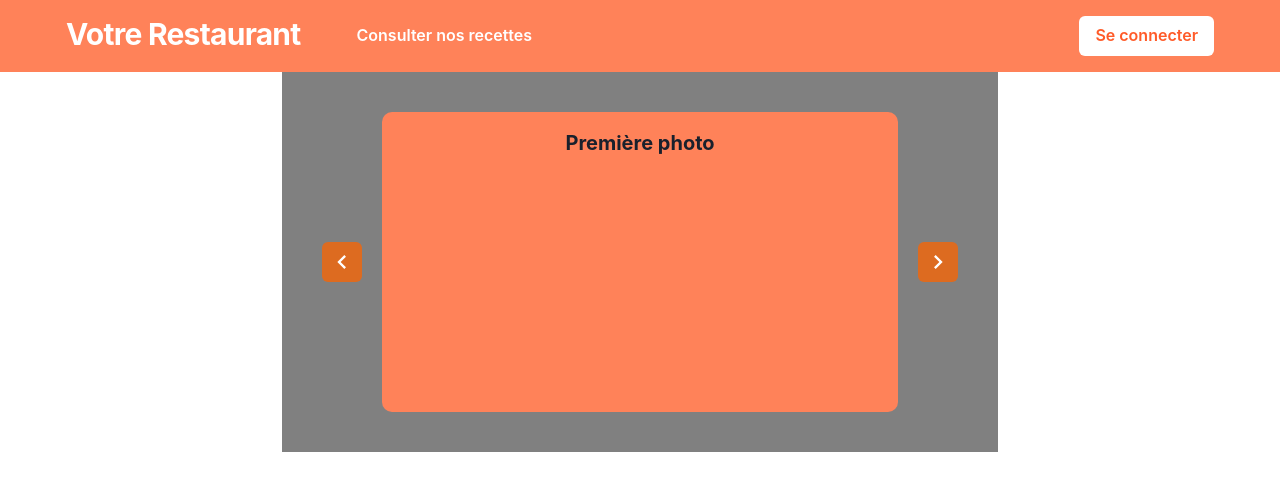
Repository: Ecaron76/tp-restau-next
Page: /
The author's editor kept a copy of each file at every save. The page is drawn from the files as they stood at one save, then again after the next save.
The browser window is 1280 px wide. The pictures show the whole page.
The project was rebuilt for these pictures with package versions that can differ from the ones it lists, and the page was loaded fresh each time. The framework's server and built-in components were replaced by stand-ins that run in the browser. Also part of the build but not shown: next.config.mjs.

Above is the page before, as saved 2024-02-25 19:14:12.

### src/app/layout.tsx
'use client'

import { Inter } from "next/font/google";
import "./globals.css";
import { ChakraProvider, extendTheme  } from '@chakra-ui/react'
import Header from "@/components/Header/Header";
const theme = extendTheme({
  colors: {
    brand: {
      50: '#ffeee6',
      100: '#ffc7b7',
      200: '#ffa788',
      300: '#ff8259',
      400: '#ff5b29',
      500: '#ff3300',
      600: '#cc2900',
      700: '#991f00',
      800: '#661600',
      900: '#330c00',
    },
  },
});



export function Providers({ children }: { children: React.ReactNode }) {
  return <ChakraProvider theme={theme}>{children}</ChakraProvider>
}

export default function RootLayout({
  children,
}: Readonly<{
  children: React.ReactNode;
}>) {
  return (
    <html lang="en">
      <body>
        <Providers>{children}</Providers>
      </body>
    </html>
  );
}

### src/app/page.tsx
"use client"
import Image from "next/image";

import Header from "@/components/Header/Header";
import PageContainer from "@/components/PageContainer/PageContainer";
import SliderResto from "@/components/SliderResto/SliderResto";
import Slider from "react-slick";
import { Box } from "@chakra-ui/react";
const settings = {
  dots: true,
  infinite: true,
  speed: 500,
  slidesToShow: 1,
  slidesToScroll: 1,
};
export default function Home() {
  return (
    <main >
      <Header />
      <PageContainer>
        <SliderResto />
      </PageContainer>
    </main>
  );
}

### src/app/globals.css
:root {
  --max-width: 1100px;
  --border-radius: 12px;
  --font-mono: ui-monospace, Menlo, Monaco, "Cascadia Mono", "Segoe UI Mono",
    "Roboto Mono", "Oxygen Mono", "Ubuntu Monospace", "Source Code Pro",
    "Fira Mono", "Droid Sans Mono", "Courier New", monospace;

  --foreground-rgb: 0, 0, 0;
  --background-start-rgb: 214, 219, 220;
  --background-end-rgb: 255, 255, 255;

  --primary-glow: conic-gradient(
    from 180deg at 50% 50%,
    #16abff33 0deg,
    #0885ff33 55deg,
    #54d6ff33 120deg,
    #0071ff33 160deg,
    transparent 360deg
  );
  --secondary-glow: radial-gradient(
    rgba(255, 255, 255, 1),
    rgba(255, 255, 255, 0)
  );

  --tile-start-rgb: 239, 245, 249;
  --tile-end-rgb: 228, 232, 233;
  --tile-border: conic-gradient(
    #00000080,
    #00000040,
    #00000030,
    #00000020,
    #00000010,
    #00000010,
    #00000080
  );

  --callout-rgb: 238, 240, 241;
  --callout-border-rgb: 172, 175, 176;
  --card-rgb: 180, 185, 188;
  --card-border-rgb: 131, 134, 135;
}

@media (prefers-color-scheme: dark) {
  :root {
    --foreground-rgb: 255, 255, 255;
    --background-start-rgb: 0, 0, 0;
    --background-end-rgb: 0, 0, 0;

    --primary-glow: radial-gradient(rgba(1, 65, 255, 0.4), rgba(1, 65, 255, 0));
    --secondary-glow: linear-gradient(
      to bottom right,
      rgba(1, 65, 255, 0),
      rgba(1, 65, 255, 0),
      rgba(1, 65, 255, 0.3)
    );

    --tile-start-rgb: 2, 13, 46;
    --tile-end-rgb: 2, 5, 19;
    --tile-border: conic-gradient(
      #ffffff80,
      #ffffff40,
      #ffffff30,
      #ffffff20,
      #ffffff10,
      #ffffff10,
      #ffffff80
    );

    --callout-rgb: 20, 20, 20;
    --callout-border-rgb: 108, 108, 108;
    --card-rgb: 100, 100, 100;
    --card-border-rgb: 200, 200, 200;
  }
}

* {
  box-sizing: border-box;
  padding: 0;
  margin: 0;
}

html,
body {

  overflow-x: hidden;
}

body {
  color: rgb(var(--foreground-rgb));
  background: linear-gradient(
      to bottom,
      transparent,
      rgb(var(--background-end-rgb))
    )
    rgb(var(--background-start-rgb));
}

a {
  color: inherit;
  text-decoration: none;
}

@media (prefers-color-scheme: dark) {
  html {
    color-scheme: dark;
  }
}

### src/components/Header/Header.tsx
import { Box, Flex, Heading, Spacer, Button } from '@chakra-ui/react';
import NextLink from 'next/link'; // Pour gérer la navigation entre les pages

const Header = () => {
  return (
    <Box bg="brand.300" p={4} color="white">
      <Flex alignItems="center" maxW="100%" marginLeft={'50px'} marginRight={'50px'} justifyContent='space-between'>
        {/* Logo ou Nom du restaurant */}
        <Box display={'flex'} gap={10}>
        <Heading as="h1" size="lg" letterSpacing="tight">
          <NextLink href="/" passHref>
              Votre Restaurant
          </NextLink>
        </Heading>
        <Box>
          <NextLink href="/recettes" passHref>
            <Button  variant="ghost" color={'white'}>
              Consulter nos recettes
            </Button>
          </NextLink>
        </Box>
        </Box>
        <Box>
          <NextLink href="/login" passHref>
            <Button  variant="ghost" color={'brand.400'} bg={'white'}>
              Se connecter
            </Button>
          </NextLink>
        </Box>
      </Flex>
    </Box>
  );
};

export default Header;

### src/components/PageContainer/PageContainer.tsx
import { Box } from "@chakra-ui/react";

export default function PageContainer({children}: {children: React.ReactNode}) {
    return (
      <Box marginRight={'22%'}marginLeft={'22%'} bg="grey" padding={10}>
        {children}
      </Box>
    )
  }

### src/components/SliderResto/SliderResto.tsx
import { ChevronLeftIcon, ChevronRightIcon } from "@chakra-ui/icons";
import { Box, Button, HStack, IconButton, Text } from "@chakra-ui/react";
import { useState } from "react";

export default function SliderResto() {
    const [currentSlide, setCurrentSlide] = useState(0);
    const slides = [
        { id: 1, title: 'Première photo', },
        { id: 2, title: 'Deuxième photo',  },
        { id: 3, title: 'Troisième photo',  },
      ];

      const goToNextSlide = () => {
        setCurrentSlide((prevSlide: number) => (prevSlide + 1) % slides.length);
      };

      const goToPrevSlide = () => {
        setCurrentSlide((prevSlide: number) => (prevSlide - 1 + slides.length) % slides.length);
      };
  return (
    <Box position="relative" textAlign="center" >
      <Box display={'flex'} justifyContent={'center'} alignItems={'center'} gap={5}>
        <IconButton
          onClick={goToPrevSlide}
          icon={<ChevronLeftIcon boxSize={7} />}
          colorScheme="orange"
          size="md"
          aria-label="Précédent"
        />
        <Box position="relative" textAlign="center" p={4} bg={'brand.300'} width={600} height={300} borderRadius={10}>
          <Text fontSize="xl" fontWeight="bold" mb={2}>
            {slides[currentSlide].title}
          </Text>
        </Box>
        <IconButton
          onClick={goToNextSlide}
          icon={<ChevronRightIcon boxSize={7} />}
          colorScheme="orange"
          size="md"
          aria-label="Suivant"
        />
      </Box>

    </Box>
  );
}

After the next save:
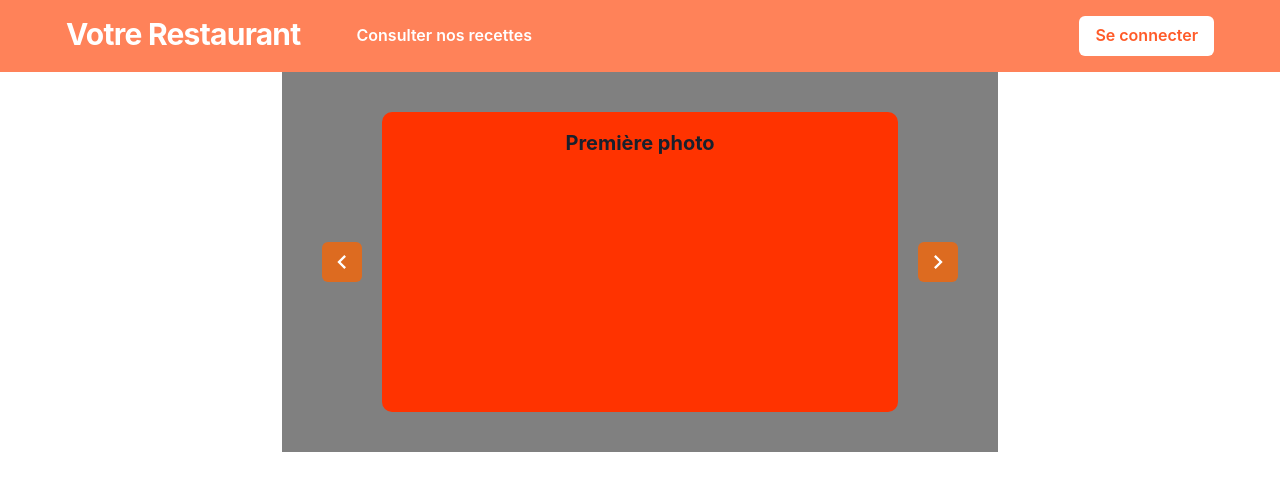
Saved 21 s later.
--- a/src/components/SliderResto/SliderResto.tsx
+++ b/src/components/SliderResto/SliderResto.tsx
@@ -27,7 +27,7 @@ export default function SliderResto() {
           size="md"
           aria-label="Précédent"
         />
-        <Box position="relative" textAlign="center" p={4} bg={'brand.300'} width={600} height={300} borderRadius={10}>
+        <Box position="relative" textAlign="center" p={4} bg={'brand.500'} width={600} height={300} borderRadius={10}>
           <Text fontSize="xl" fontWeight="bold" mb={2}>
             {slides[currentSlide].title}
           </Text>
